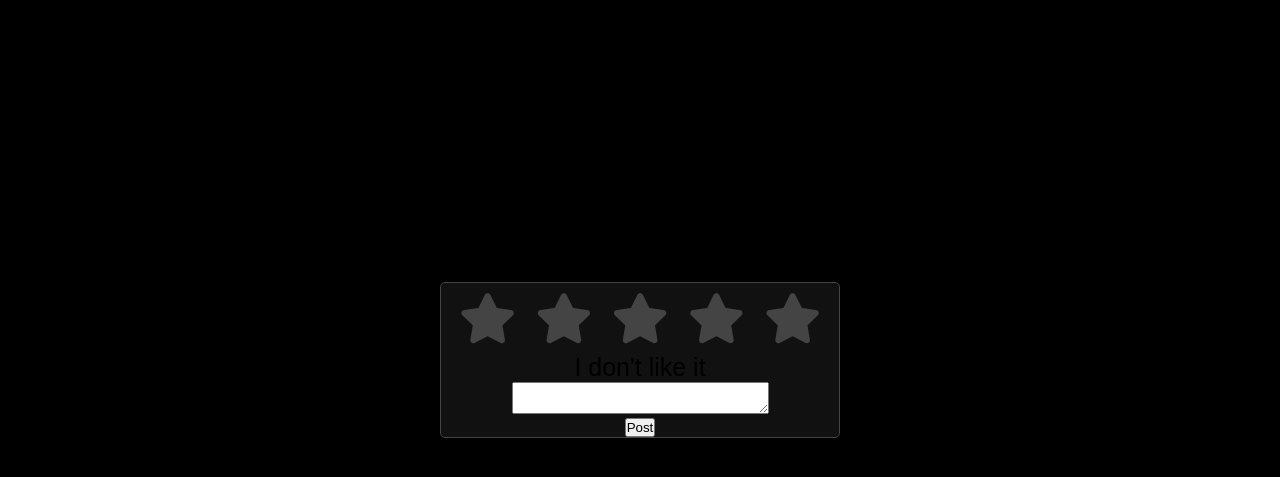
Repository: Suryansh-D/Star-Ratings
Page: index.html
These files come from the project's save history. The page is drawn as it stood at one moment and after a run of saves; the edit follows.
The browser window is 1280 px wide. The pictures show the whole page.

Above is the page before, as saved 2024-02-03 09:54:39.

### index.html
<!DOCTYPE html>
<html lang="en">
<head>
    <meta charset="UTF-8">
    <meta name="viewport" content="width=device-width, initial-scale=1.0">
    <title>Document</title>
</head>
<link rel="stylesheet" href="style.css">
<link rel="stylesheet" href="https://cdnjs.cloudflare.com/ajax/libs/font-awesome/5.15.3/css/all.min.css">
<body>
    <div class="container">
        <div class="stars">
            <input type="radio" name="rate" id="rate-5">
            <label for="rate-5" class="fas fa-star"></label>
            <input type="radio" name="rate" id="rate-4">
            <label for="rate-4" class="fas fa-star"></label>
            <input type="radio" name="rate" id="rate-3">
            <label for="rate-3" class="fas fa-star"></label>
            <input type="radio" name="rate" id="rate-2">
            <label for="rate-2" class="fas fa-star"></label>
            <input type="radio" name="rate" id="rate-1">
            <label for="rate-1" class="fas fa-star"></label>
            <form action="#">
                <header>I don't like it</header>
                <div class="textarea">
                <textarea cols="30"></textarea>
                </div>
                    <div class="btn">
                        <button type="submit">Post</button>
                        </div>
                 </form>
        </div>
    </div>
    <script></script>
</body>
</html>

### style.css
@import url('https://fonts.googleapis.com/css?family=Roboto:400,700');
* {
  margin: 0;
  padding: 0;
  box-sizing: border-box;
  font-family:'Poppins', sans-serif;
}
html, body {
  height: 100%;
  background-color: #000;
  place-items: center;
  display: grid;
  text-align: center;
}

.container {
  width: 400px;
  background: #111;
    padding: 20px , 30px;
    border: 1px solid #444;
    border-radius: 5px;
    display: flex;
    flex-direction: column;
    align-items: center;
    justify-content: center;
}
.container .stars input{
    display: none;
}
.stars label{
    font-size: 50px;
    color: #444;
    cursor: pointer;
    transition: all 0.2s ease;
    float: right;
    padding: 10px;

}
.stars input:not(:checked) ~ label:hover ,
.stars input:not(:checked) ~ label:hover ~ label{
    color: #ffcc00;
}
.stars input:checked ~ label{
    color: #ffcc00;
}
input#rate-5:checked ~ label#rate-5 ~ label#rate-4 ~ label#rate-3 ~ label#rate-2 ~ label#rate-1{
    color: #ffe7;
    text-shadow: 0 0 20px #952;
}
form header{
    width:100%;
    font-size: 25px;
    color:
}

After the next 3 saves:
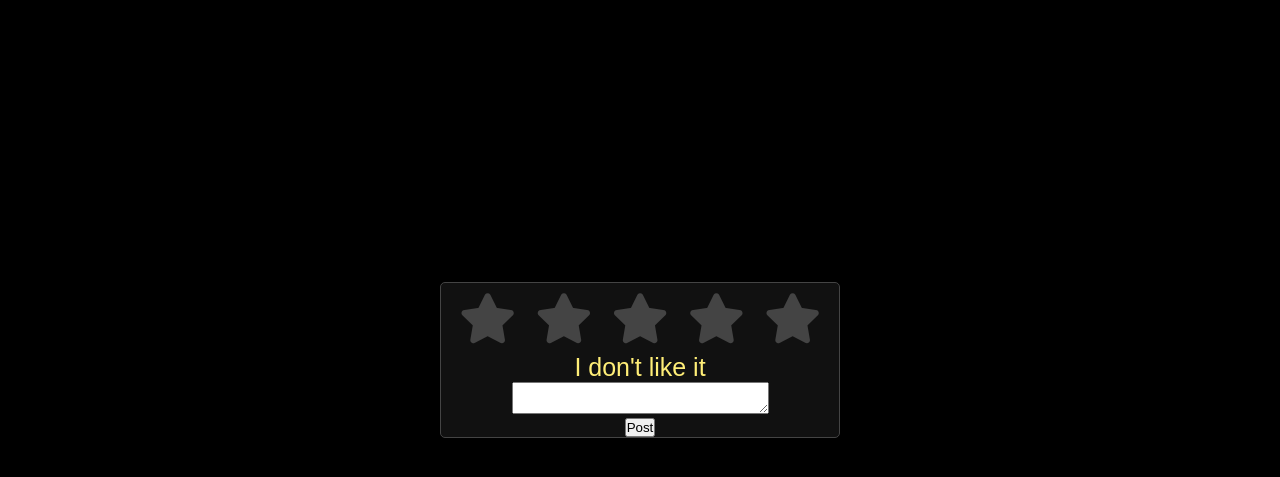
The 3 saves are shown as one change because they came seconds apart.
The last was saved 10 s later.
--- a/style.css
+++ b/style.css
@@ -50,5 +50,5 @@ input#rate-5:checked ~ label#rate-5 ~ label#rate-4 ~ label#rate-3 ~ label#rate-2
 form header{
     width:100%;
     font-size: 25px;
-    color:
+    color: #fe7;
 }
